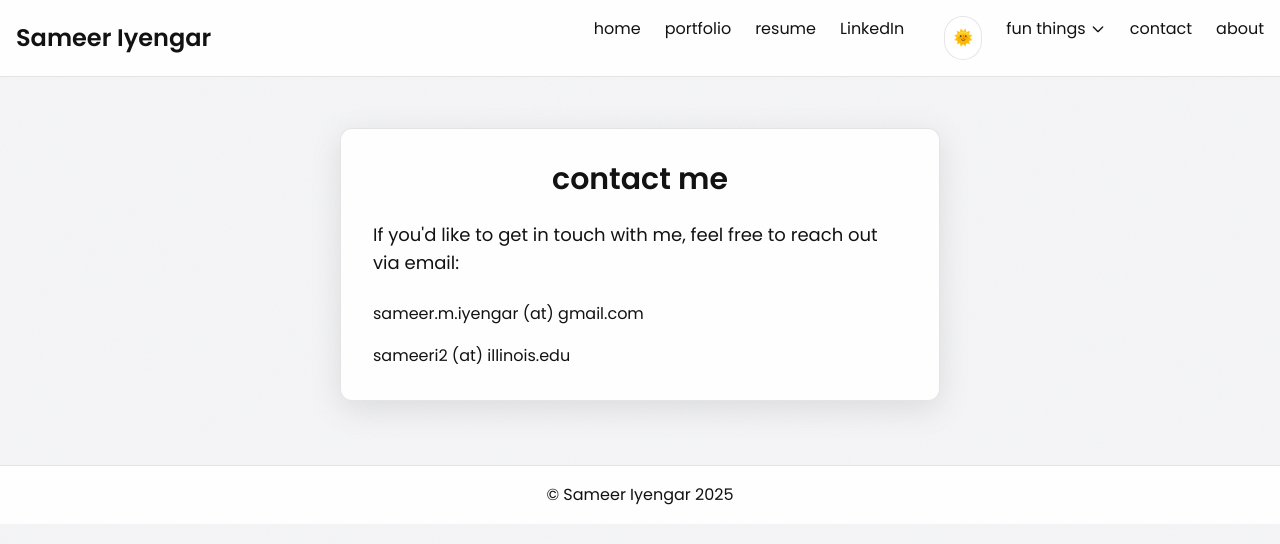
Repository: siyengar04/siyengar04.github.io
Page: contact.html
An editor plug-in stored every save of this project. The page is shown before and after the next save, followed by the edit.
The browser window is 1280 px wide. The pictures show the whole page.

Above is the page before, as saved 2025-10-10 01:07:35.

After the next save:
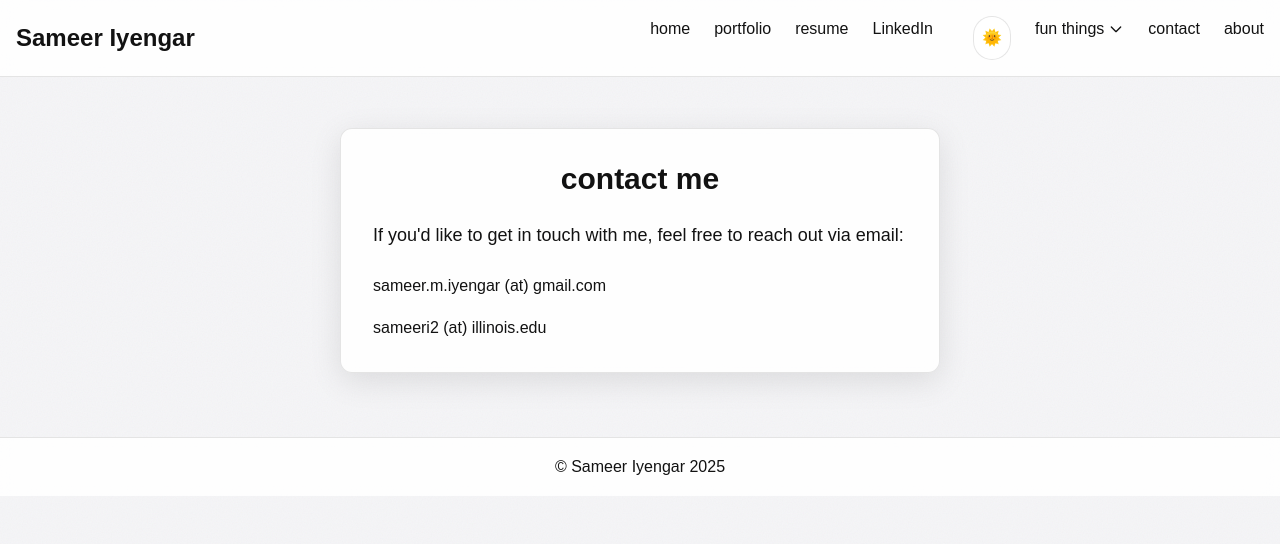
Saved 13 s later.
--- a/contact.html
+++ b/contact.html
@@ -3,10 +3,10 @@
 
 <head>
     <script>
-    if (localStorage.theme === 'dark' ||
-        (!('theme' in localStorage) && window.matchMedia('(prefers-color-scheme: dark)').matches)) {
-        document.documentElement.classList.add('dark-theme');
-    }
+        if (localStorage.theme === 'dark' ||
+            (!('theme' in localStorage) && window.matchMedia('(prefers-color-scheme: dark)').matches)) {
+            document.documentElement.classList.add('dark-theme');
+        }
     </script>
     <meta charset="UTF-8">
     <meta name="viewport" content="width=device-width, initial-scale=1.0">
@@ -47,7 +47,7 @@
         }
 
         body {
-            font-family: 'Poppins', sans-serif;
+            font-family: 'DM Mono', sans-serif;
             background: var(--bg-primary);
             color: var(--text-primary);
             transition: background 0.5s ease, color 0.3s ease;
@@ -96,7 +96,8 @@
 
         /* Contact Section */
         #contact {
-            padding: 8rem 0 4rem; /* Adjusted for fixed header */
+            padding: 8rem 0 4rem;
+            /* Adjusted for fixed header */
         }
 
         .contact-container {
@@ -178,8 +179,10 @@
             <h1 class="text-2xl font-semibold">Sameer Iyengar</h1>
             <div class="md:hidden">
                 <button id="nav-toggle" class="focus:outline-none">
-                    <svg xmlns="http://www.w3.org/2000/svg" class="w-6 h-6" fill="none" viewBox="0 0 24 24" stroke="currentColor">
-                        <path stroke-linecap="round" stroke-linejoin="round" stroke-width="2" d="M4 6h16M4 12h16m-7 6h7" />
+                    <svg xmlns="http://www.w3.org/2000/svg" class="w-6 h-6" fill="none" viewBox="0 0 24 24"
+                        stroke="currentColor">
+                        <path stroke-linecap="round" stroke-linejoin="round" stroke-width="2"
+                            d="M4 6h16M4 12h16m-7 6h7" />
                     </svg>
                 </button>
             </div>
@@ -199,8 +202,10 @@
                     <li class="relative group">
                         <button class="flex items-center">
                             fun things
-                            <svg class="w-4 h-4 ml-1" fill="none" stroke="currentColor" viewBox="0 0 24 24" xmlns="http://www.w3.org/2000/svg">
-                                <path stroke-linecap="round" stroke-linejoin="round" stroke-width="2" d="M19 9l-7 7-7-7"></path>
+                            <svg class="w-4 h-4 ml-1" fill="none" stroke="currentColor" viewBox="0 0 24 24"
+                                xmlns="http://www.w3.org/2000/svg">
+                                <path stroke-linecap="round" stroke-linejoin="round" stroke-width="2"
+                                    d="M19 9l-7 7-7-7"></path>
                             </svg>
                         </button>
                         <div class="absolute left-0 hidden pt-2 group-hover:block desktop-dropdown-menu">
@@ -253,7 +258,7 @@
 
         // Check for saved preference or system preference
         const savedTheme = localStorage.getItem('theme') ||
-                         (window.matchMedia('(prefers-color-scheme: dark)').matches ? 'dark' : 'light');
+            (window.matchMedia('(prefers-color-scheme: dark)').matches ? 'dark' : 'light');
 
         if (savedTheme === 'dark') document.documentElement.classList.add('dark-theme');
 
@@ -276,4 +281,5 @@
         updateIcons();
     </script>
 </body>
+
 </html>
